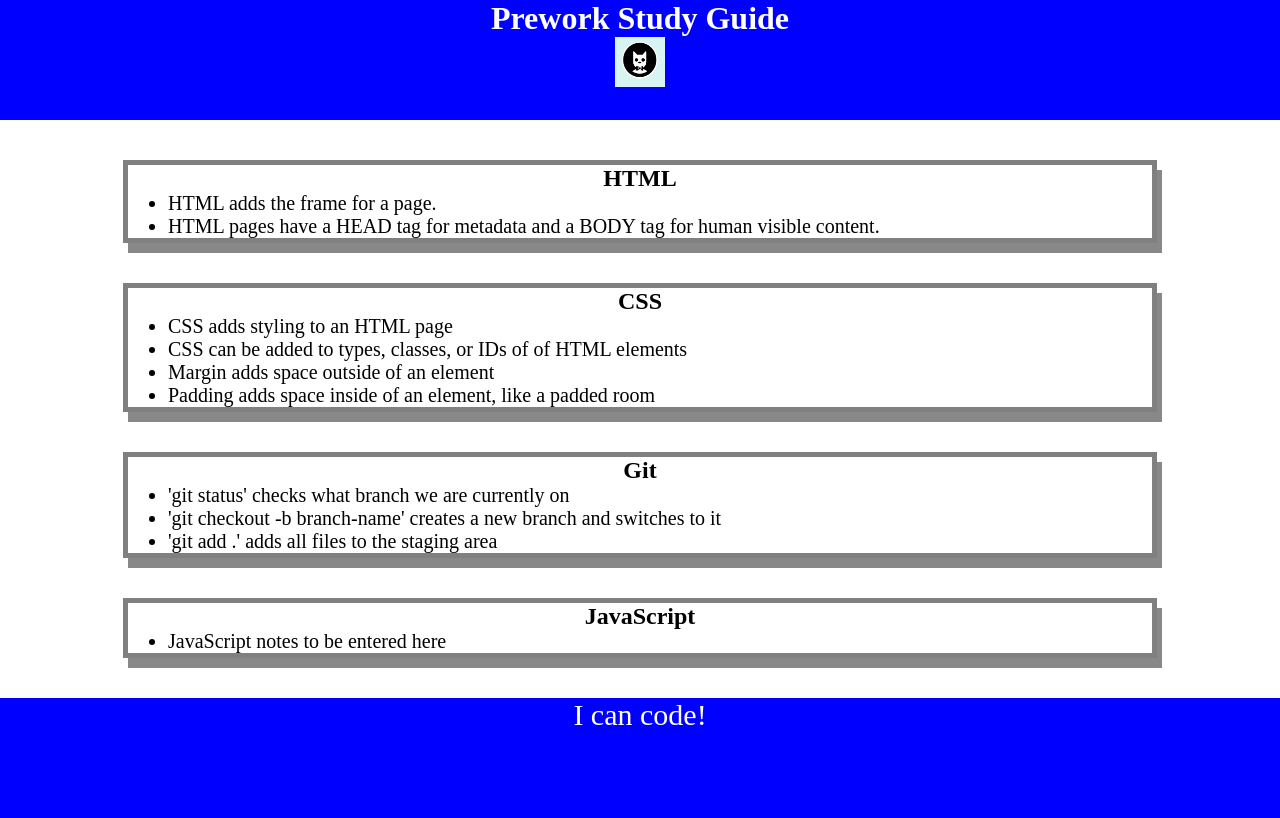
Repository: nickburton/prework-study-guide
Page: index.html
An editor plug-in stored every save of this project. The page is shown before and after the next save, followed by the edit.
The browser window is 1280 px wide. The pictures show the whole page.

Above is the page before, as saved 2023-08-14 18:23:04.

### index.html
<!DOCTYPE html>
<html lang="en">
  <head>
    <meta charset="UTF-8" />
    <meta http-equiv="X-UA-Compatible" content="IE=edge" />
    <meta name="viewport" content="width=device-width, initial-scale=1.0" />
    <link rel="stylesheet" href="./assets/style.css" />
    <title>Prework Study Guide</title>
  </head>
  <body>
    <header id="top">
      <h1>Prework Study Guide</h1>
      <img
        src="./assets/bowtie-cat.png"
        alt="Profile image of cat wearing a bow tie."
      />
    </header>
    <main>
      <section class="card" id="html-section">
        <h2>HTML</h2>
        <ul>
          <li>HTML adds the frame for a page.</li>
          <li>
            HTML pages have a HEAD tag for metadata and a BODY tag for human
            visible content.
          </li>
        </ul>
      </section>

      <section class="card" id="css-section">
        <h2>CSS</h2>
        <ul>
          <li>CSS adds styling to an HTML page</li>
          <li>
            CSS can be added to types, classes, or IDs of of HTML elements
          </li>
          <li>Margin adds space outside of an element</li>
          <li>Padding adds space inside of an element, like a padded room</li>
        </ul>
      </section>

      <section class="card" id="git-section">
        <h2>Git</h2>
        <ul>
          <li>'git status' checks what branch we are currently on</li>
          <li>
            'git checkout -b branch-name' creates a new branch and switches to
            it
          </li>
          <li>'git add .' adds all files to the staging area</li>
        </ul>
      </section>

      <section class="card" id="javascript-section">
        <h2>JavaScript</h2>
        <ul>
          <li>JavaScript notes to be entered here</li>
        </ul>
      </section>
    </main>

    <footer>
      <p>I can code!</p>
    </footer>
    <script src="./assets/script.js"></script>
  </body>
</html>

### assets/style.css
 * {
   margin: 0;
   padding: 0;
 }

 header,
 footer {
   width: 100%;
   height: 120px;
   background-color: blue;
   color: white;
 }

 h1,
 h2 {
   text-align: center;
 }

 img {
   display: block;
   height: 50px;
   width: 50px;
   margin-left: auto;
   margin-right: auto;
 }

 ul {
   padding-left: 40px;
   font-size: 20px;
 }

 p {
   text-align: center;
   font-size: 30px;
 }

 .card {
   width: 80%;
   margin: 40px auto;
   border: 5px solid gray;
   box-shadow: 5px 10px #888888;
 }

### assets/script.js
var topics = "HTML, CSS, Git, JavaScript";
console.log(topics);

After the next save:
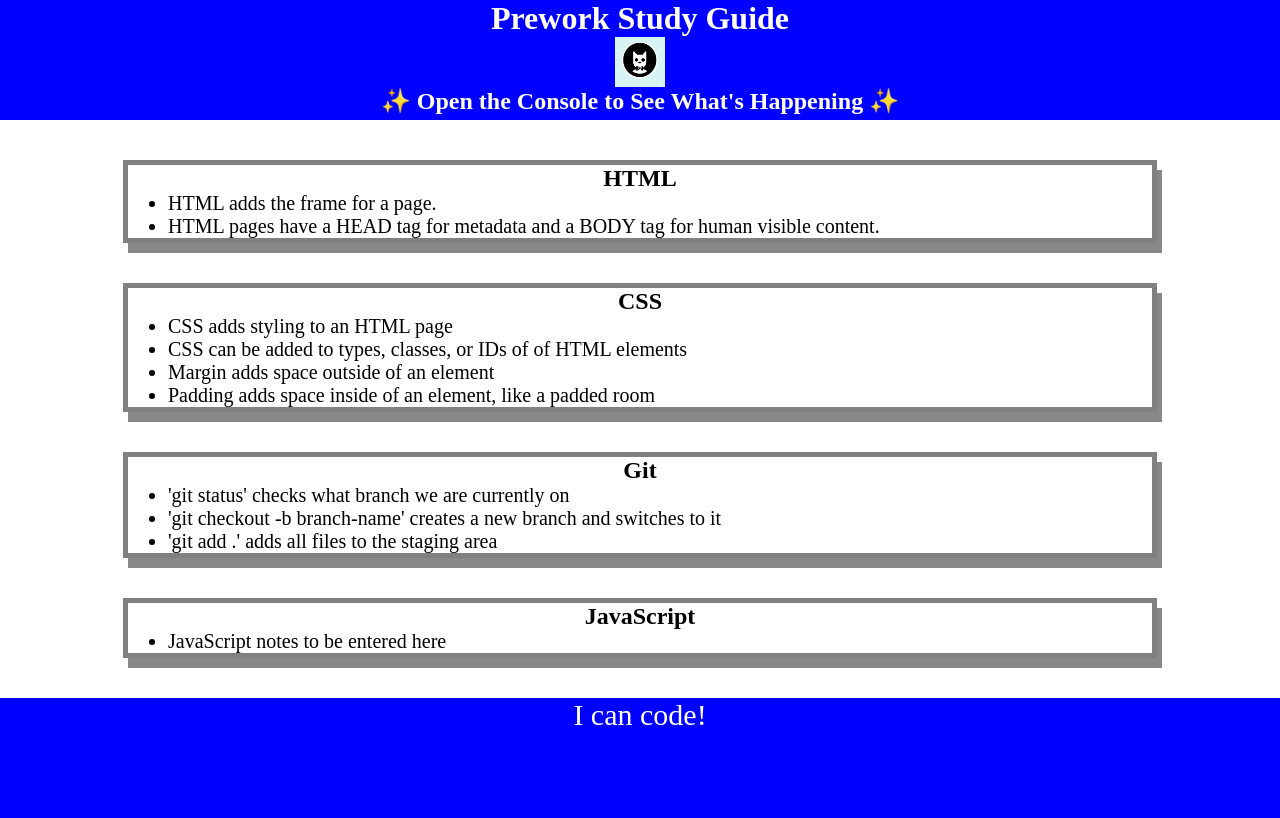
Saved 64 s later.
--- a/index.html
+++ b/index.html
@@ -14,6 +14,7 @@
         src="./assets/bowtie-cat.png"
         alt="Profile image of cat wearing a bow tie."
       />
+      <h2>✨ Open the Console to See What's Happening ✨</h2>
     </header>
     <main>
       <section class="card" id="html-section">
